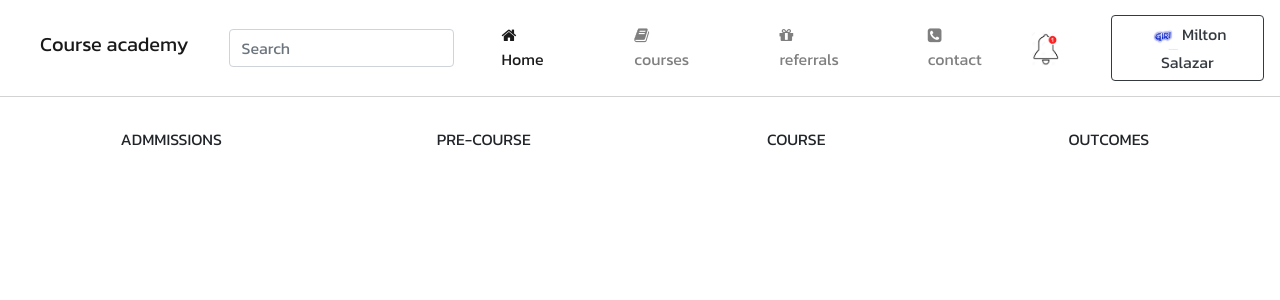
Repository: giribabu1997/html-layout
Page: task.html
These files come from the project's save history. The page is drawn as it stood at one moment and after the next save; the edit follows.
The browser window is 1280 px wide. The pictures show the whole page.

Above is the page before, as saved 2019-06-24 09:17:30.

### task.html
<!DOCTYPE html>
<html lang="en">

<head>
    <meta charset="UTF-8">
    <meta name="viewport" content="width=device-width, initial-scale=1.0">
    <meta http-equiv="X-UA-Compatible" content="ie=edge">
    <title>Document</title>
    <link rel="stylesheet" href="https://stackpath.bootstrapcdn.com/bootstrap/4.3.1/css/bootstrap.min.css"
        integrity="sha384-ggOyR0iXCbMQv3Xipma34MD+dH/1fQ784/j6cY/iJTQUOhcWr7x9JvoRxT2MZw1T" crossorigin="anonymous">
    <link href="https://fonts.googleapis.com/css?family=Kanit&display=swap" rel="stylesheet">
    <link rel="stylesheet" href="https://cdnjs.cloudflare.com/ajax/libs/font-awesome/4.7.0/css/font-awesome.min.css">
    <style>
        .navhead-height {
            padding: 1.5rem;
        }

        .head-container {
            padding: 0%;
        }

        * {
            font-family: 'Kanit', sans-serif;
        }

        .home-link {
            padding-right: 2.5rem !important;
            padding-left: 2.5rem !important;
        }
    </style>

</head>

<body>
    <div class="container-fluid head-container" style=" border-bottom: 1px solid lightgrey;">
        <nav class="navbar navbar-expand-lg navbar-light bg-white">
            <a class="navbar-brand navhead-height" href="#">
                <h5>Course academy </h5>
            </a>
            <button class="navbar-toggler" type="button" data-toggle="collapse" data-target="#navbarSupportedContent"
                aria-controls="navbarSupportedContent" aria-expanded="false" aria-label="Toggle navigation">
                <span class="navbar-toggler-icon"></span>
            </button>
            <form class="form-inline my-2 my-lg-0">
                <input class="form-control mr-sm-2" type="search" placeholder="Search" aria-label="Search">
            </form>
            <div class="collapse navbar-collapse" id="navbarSupportedContent">
                <ul class="navbar-nav mr-auto">
                    <li class="nav-item active">
                        <a class="nav-link home-link" href="#"><i class="fa fa-home"></i> Home <span
                                class="sr-only">(current)</span></a>
                    </li>
                    <li class="nav-item">
                        <a class="nav-link home-link" href="#"><i class="fa fa-book"></i> courses</a>
                    </li>
                    <li class="nav-item">
                        <a class="nav-link home-link" href="#"><i class="fa fa-gift"></i> referrals</a>
                    </li>
                    <li class="nav-item">
                        <a class="nav-link home-link" href="#"><i class="fa fa-phone-square"></i> contact</a>
                    </li>
                    <li class="nav-item">
                        <a class="nav-link home-link" href="#"></a>
                        <img src="icon.png" width="30px" style="text-align: center" />
                        </a>
                    </li>
                    <button class="btn btn-outline-dark my-2 my-sm-0" type="submit">
                        <img src="giri.png" width="30px" /> Milton Salazar </button>
            </div>
        </nav>
    </div>
    <div class="container-fluid" style="padding: 30px; text-align: center; border: ">
        <div class="row">
            <div class="col-sm-3">
              <h> ADMMISSIONS</h>
            </div>
            <div class="col-sm-3">
               <h> PRE-COURSE</h>
            </div>
            <div class="col-sm-3">
                <h> COURSE </h>
            </div>
            <div class="col-sm-3">
               <h> OUTCOMES </h>
            </div>
        </div>
    </div>


</body>
<script src="https://code.jquery.com/jquery-3.3.1.slim.min.js"
    integrity="sha384-q8i/X+965DzO0rT7abK41JStQIAqVgRVzpbzo5smXKp4YfRvH+8abtTE1Pi6jizo"
    crossorigin="anonymous"></script>
<script src="https://cdnjs.cloudflare.com/ajax/libs/popper.js/1.14.7/umd/popper.min.js"
    integrity="sha384-UO2eT0CpHqdSJQ6hJty5KVphtPhzWj9WO1clHTMGa3JDZwrnQq4sF86dIHNDz0W1"
    crossorigin="anonymous"></script>
<script src="https://stackpath.bootstrapcdn.com/bootstrap/4.3.1/js/bootstrap.min.js"
    integrity="sha384-JjSmVgyd0p3pXB1rRibZUAYoIIy6OrQ6VrjIEaFf/nJGzIxFDsf4x0xIM+B07jRM"
    crossorigin="anonymous"></script>

</html>

After the next save:
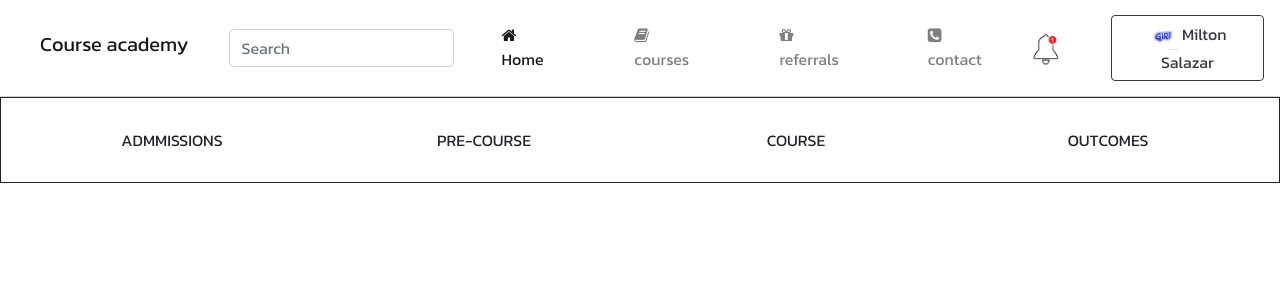
Saved 6 s later.
--- a/task.html
+++ b/task.html
@@ -69,7 +69,7 @@
             </div>
         </nav>
     </div>
-    <div class="container-fluid" style="padding: 30px; text-align: center; border: ">
+    <div class="container-fluid" style="padding: 30px; text-align: center; border: 1px solid">
         <div class="row">
             <div class="col-sm-3">
               <h> ADMMISSIONS</h>

After the save that followed:
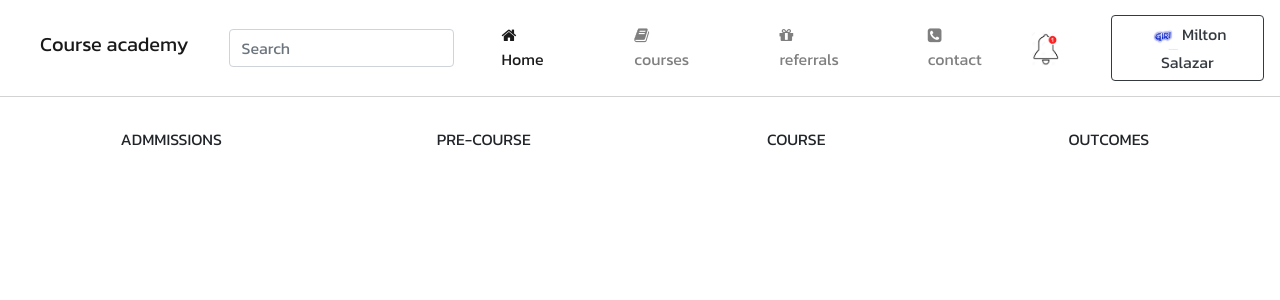
Saved 9 s later.
--- a/task.html
+++ b/task.html
@@ -69,7 +69,7 @@
             </div>
         </nav>
     </div>
-    <div class="container-fluid" style="padding: 30px; text-align: center; border: 1px solid">
+    <div class="container-fluid" style="padding: 30px; text-align: center;">
         <div class="row">
             <div class="col-sm-3">
               <h> ADMMISSIONS</h>
